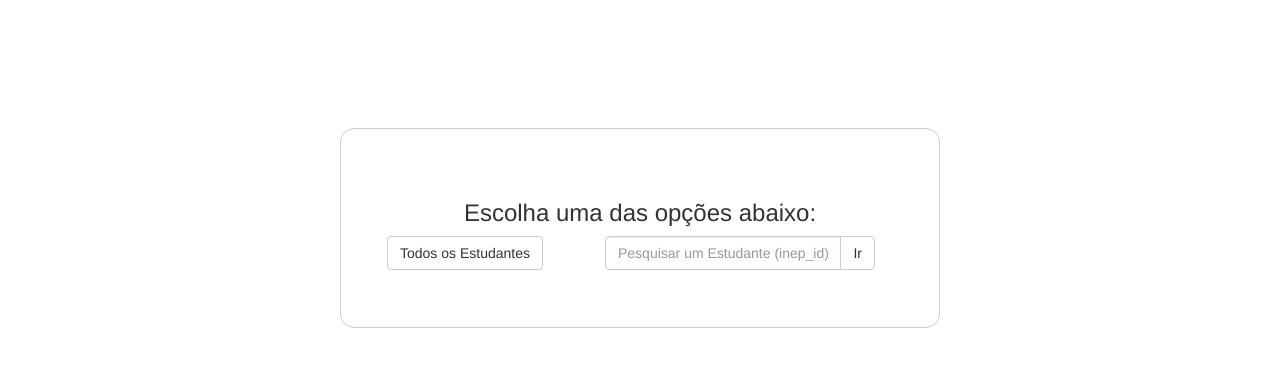
Repository: ipti/br.tag.webservice
Page: http://localhost/Restful-API-TAG/students.jsp
The author's editor kept a copy of each file at every save. The page is drawn from the files as they stood at one save, then again after the next save.
The browser window is 1280 px wide. The pictures show the whole page.
The page is served by Tomcat 9. Other server files are loaded and not shown.

Above is the page before, as saved 2016-04-27 14:00:59.

### Restful-API-TAG/WebContent/students.jsp
<%@ page language="java" contentType="text/html; charset=ISO-8859-1"
	pageEncoding="ISO-8859-1"%>
<!DOCTYPE html PUBLIC "-//W3C//DTD HTML 4.01 Transitional//EN" "http://www.w3.org/TR/html4/loose.dtd">
<html>
<head>
<link rel="stylesheet" href="css/styles.css">
<link href="css/bootstrap.min.css" rel="stylesheet">
<meta http-equiv="Content-Type" content="text/html; charset=ISO-8859-1">
<title>API TAG - Estudantes</title>
</head>
<body>
	<div id="studentDiv">
		<h3 id="titleStudent">Escolha uma das opções abaixo:</h3>

		<div class="btn-group-md text-center" role="group" aria-label="...">
			<div class="row">
				<div class="col-md-5">
					<a type="submit" class="btn btn-default" href="${pageContext.request.contextPath}/api/TagService/getStudents">Todos os Estudantes</a>
				</div>
				<div class="col-md-6">
					<div class="input-group">
						<input type="text" class="form-control" placeholder="Pesquisar um Estudante (inep_id)...">
						<span class="input-group-btn">
							<a class="btn btn-default" type="submit" href="${pageContext.request.contextPath}/api/TagService/getStudents/{inep_id}">Ir</a>
						</span>
					</div>
				</div>
			</div>
		</div>
	</div>
</body>
</html>

### Restful-API-TAG/WebContent/css/styles.css
@CHARSET "ISO-8859-1";

#mainDiv {
    /* Just to center the form on the page */
    margin: 10% auto;
    width: 500px;
    height: 200px;
    /* To see the outline of the form */
    padding: 1em;
    border: 1px solid #CCC;
    border-radius: 1em;
}

#divGroup {
	padding: 7px;
}

#studentDiv, #schoolDiv, #instructorDiv, #classroomDiv {
    /* Just to center the form on the page */
    margin: 10% auto;
    width: 600px;
    height: 200px;
    /* To see the outline of the form */
    padding: 1em;
    border: 1px solid #CCC;
    border-radius: 1em;
}

#titleH3 {
	text-align: center;
	margin-top: 10%;
}

#titleStudent, #titleSchool, #titleInstructor, #titleClassroom {
	text-align: center;
	margin-top: 10%;
}

Loaded but not shown: Restful-API-TAG/WebContent/css/bootstrap.min.css (library)

After the next save:
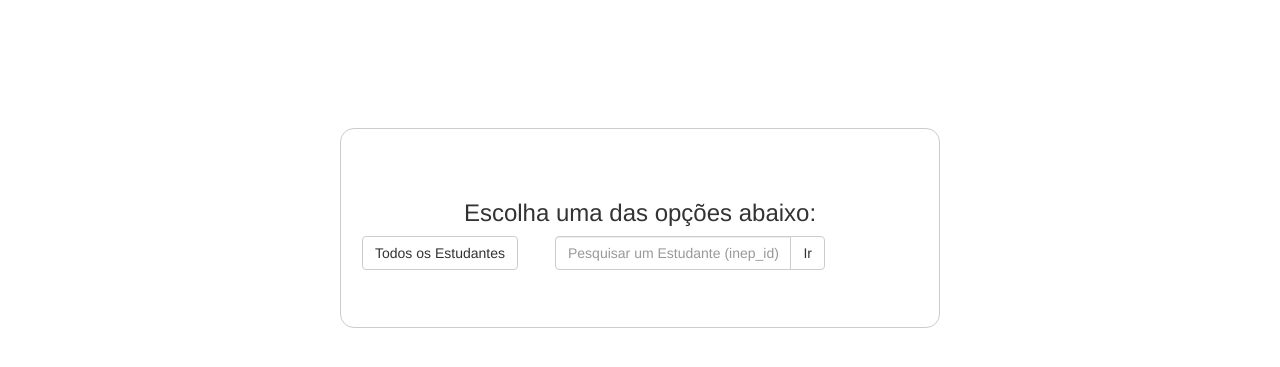
Saved 11 s later.
--- a/Restful-API-TAG/WebContent/students.jsp
+++ b/Restful-API-TAG/WebContent/students.jsp
@@ -14,10 +14,10 @@
 
 		<div class="btn-group-md text-center" role="group" aria-label="...">
 			<div class="row">
-				<div class="col-md-5">
+				<div class="col-lg-4">
 					<a type="submit" class="btn btn-default" href="${pageContext.request.contextPath}/api/TagService/getStudents">Todos os Estudantes</a>
 				</div>
-				<div class="col-md-6">
+				<div class="col-lg-6">
 					<div class="input-group">
 						<input type="text" class="form-control" placeholder="Pesquisar um Estudante (inep_id)...">
 						<span class="input-group-btn">
